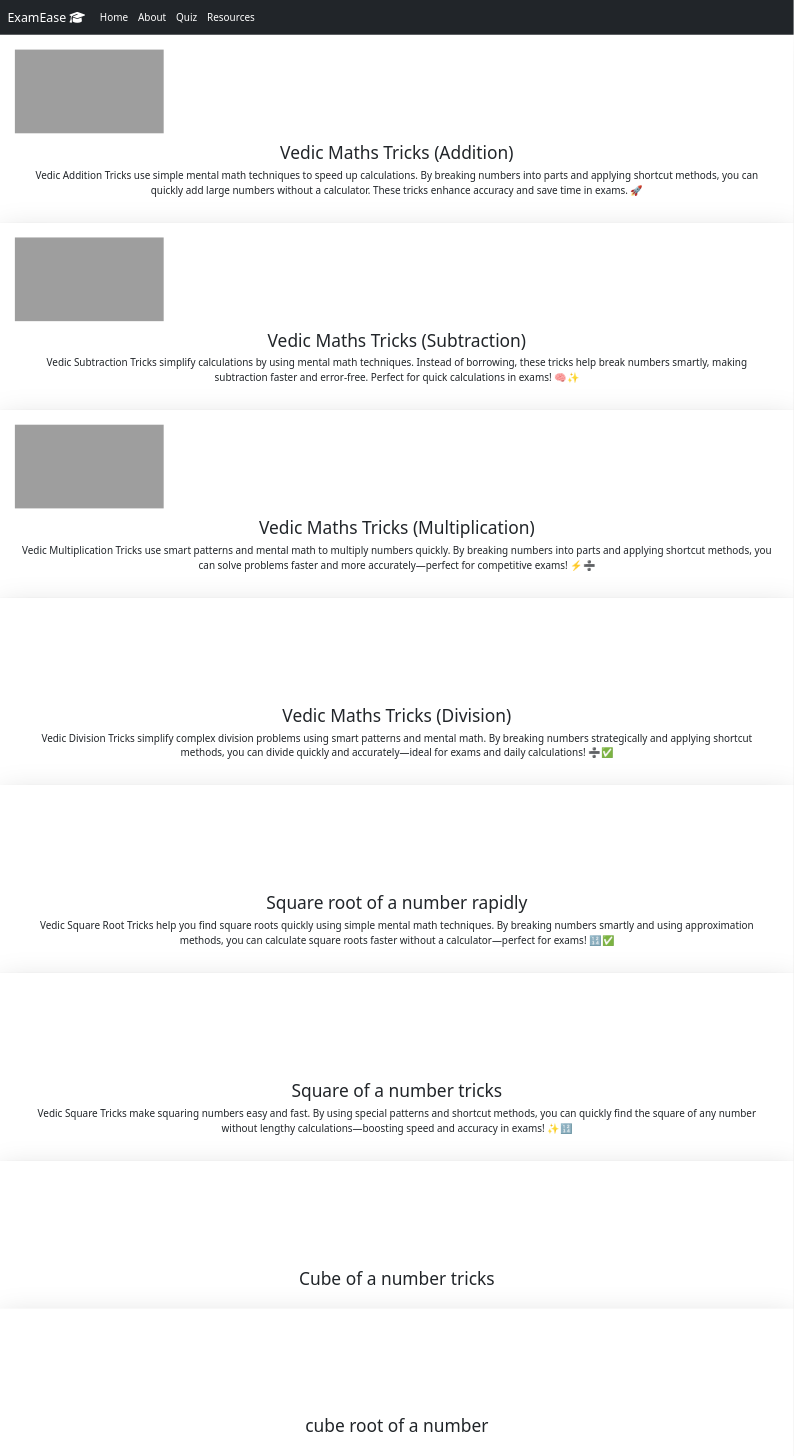
Repository: rahul-chakradhari/devquest
Page: /res (app in project/)
These files come from the project's save history. The page is drawn as it stood at one moment and after the next save; the edit follows.
The browser window is 1280 px wide. The pictures show the whole page, at 62% of full size.
Pictures or frames that could not be fetched are drawn as grey boxes. The project was rebuilt for these pictures with package versions that can differ from the ones it lists, and the page was loaded fresh each time. Also part of the build but not shown: project/vite.config.js, project/src/App.css, project/src/components/Home.jsx, project/src/components/About.jsx, project/src/components/ProgressBar.jsx, project/src/components/PerformanceAnalysis.jsx, project/src/components/Quiz.jsx, project/src/index.css.

Above is the page before, as saved 2025-02-24 15:02:12.

After the next save:
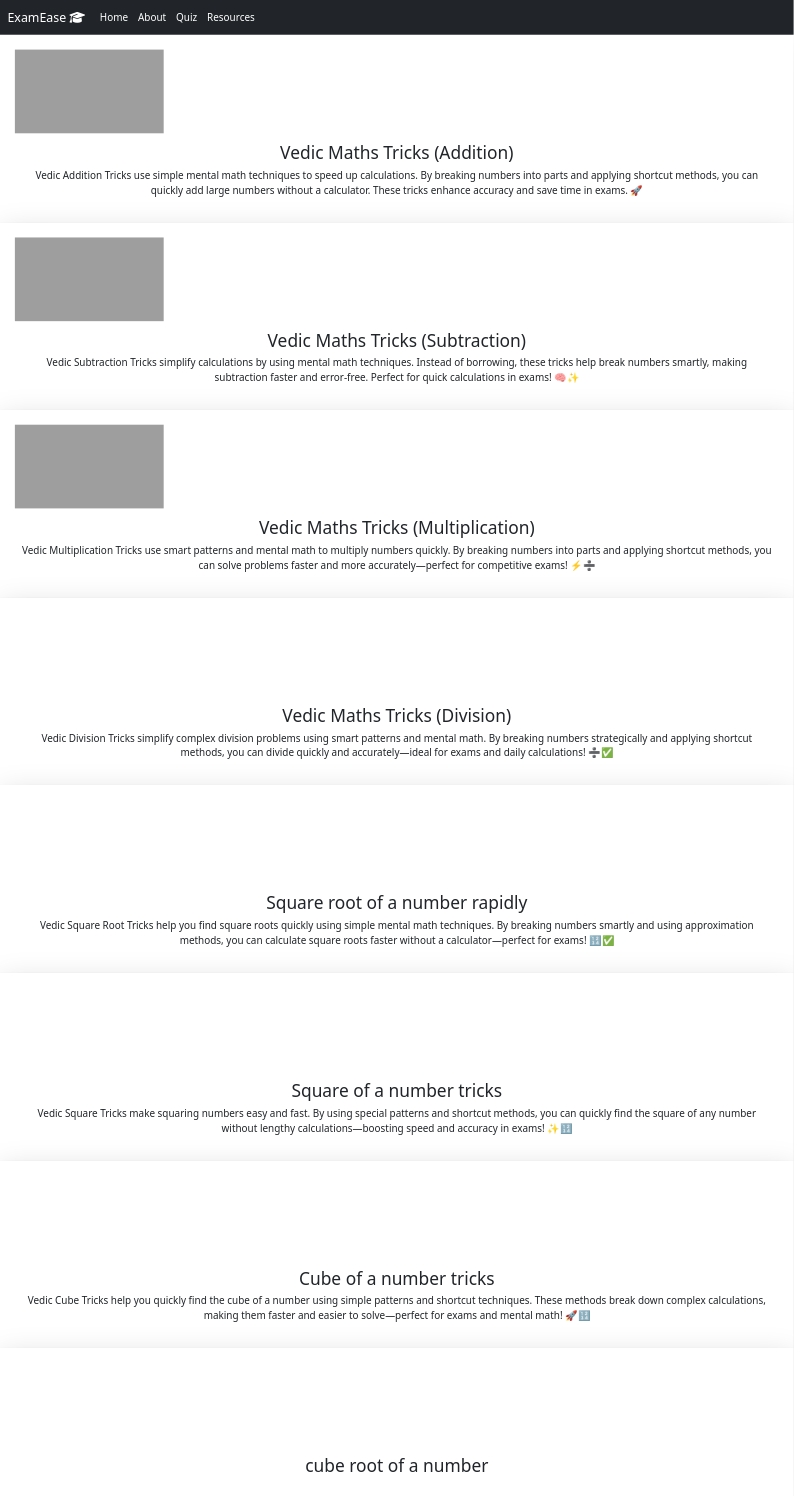
Saved 31 s later.
--- a/project/src/components/Resources.jsx
+++ b/project/src/components/Resources.jsx
@@ -39,6 +39,8 @@ const resources = [
   },
   {
     title: "Cube of a number tricks",
+    description:
+      "Vedic Cube Tricks help you quickly find the cube of a number using simple patterns and shortcut techniques. These methods break down complex calculations, making them faster and easier to solve—perfect for exams and mental math! 🚀🔢",
     video: "https://www.youtube.com/embed/86j_10sMh1o",
   },
   {
